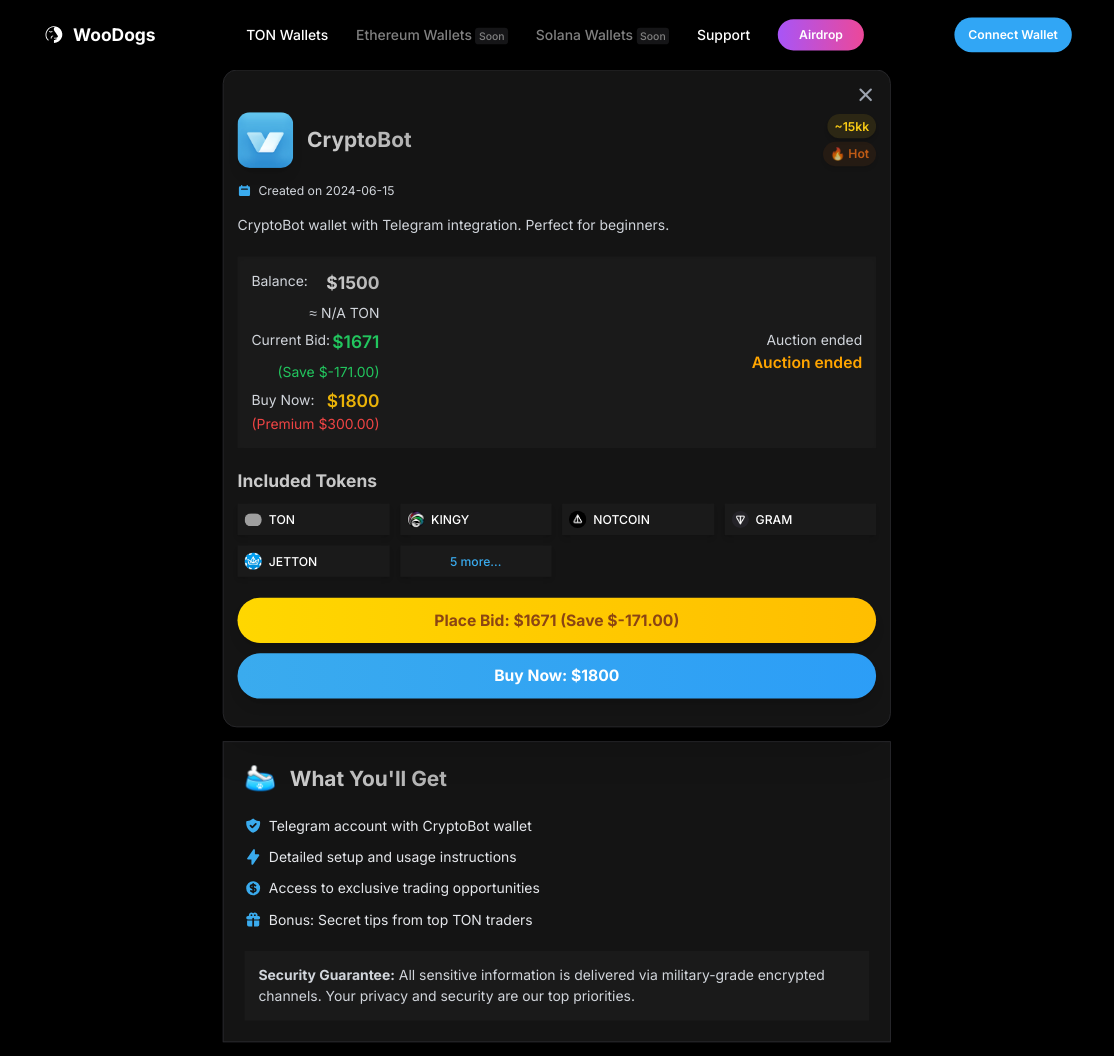
Repository: itititi/woofdogs_off
Page: /wallet/cryptobot-1
An editor plug-in stored every save of this project. The page is shown before and after the next save, followed by the edit.
The browser window is 1280 px wide. The pictures show the whole page, at 87% of full size.
Pictures or frames that could not be fetched are drawn as grey boxes. The page's requests for data from a server got no answer. The project was rebuilt for these pictures with package versions that can differ from the ones it lists, and the page was loaded fresh each time. The framework's server and built-in components were replaced by stand-ins that run in the browser. No one was signed in, and anything a server would have sent is missing. Also part of the build but not shown: next.config.mjs.

Above is the page before, as saved 2024-10-25 22:50:13.

After the next save:
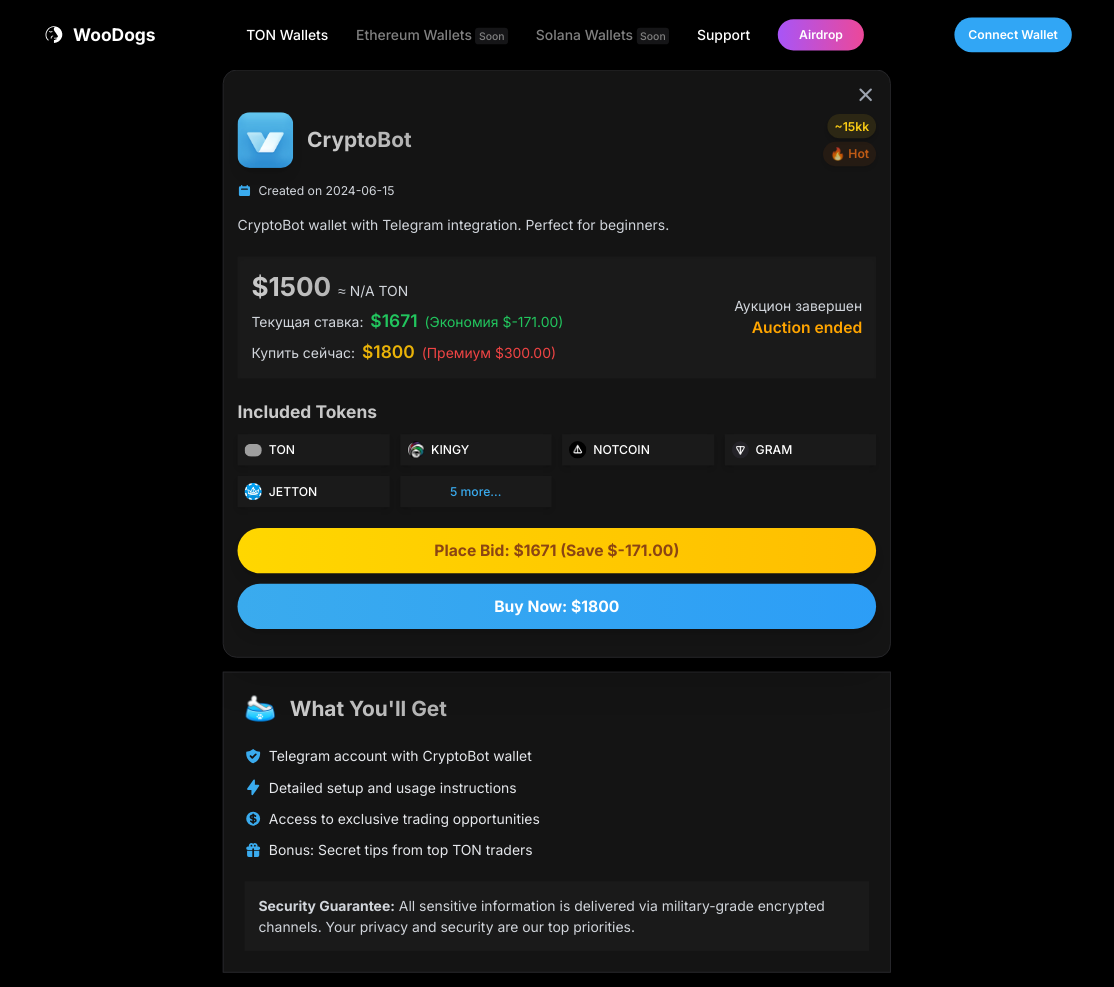
Saved 43 s later.
--- a/src/app/wallet/[id]/page.tsx
+++ b/src/app/wallet/[id]/page.tsx
@@ -183,36 +183,35 @@
             <p className="text-gray-300 text-base mb-6 leading-relaxed">{wallet.description}</p>
 
             <div className="flex flex-col sm:flex-row sm:justify-between sm:items-center mb-6 bg-[#1A1A1A] p-4 rounded-lg shadow-inner">
-              <div className="mb-2 sm:mb-0 flex flex-col">
-                <div className="mb-2 flex justify-between">
-                  <span className="text-sm sm:text-base text-gray-300">Balance:</span>
-                  <span className="text-lg sm:text-xl font-bold titanium-gradient">${wallet.priceUSD}</span>
-                </div>
-                <div className="mb-2 text-sm sm:text-base text-gray-300 text-right">
-                  ≈ {tonAmount} TON
-                </div>
-                <div className="mb-2 flex justify-between">
-                  <span className="text-sm sm:text-base text-gray-300">Current Bid:</span>
-                  <span className="text-lg sm:text-xl font-semibold text-green-500">${bidPrice ?? 'N/A'}</span>
-                </div>
-                {bidPrice !== null && (
-                  <div className="mb-2 text-sm sm:text-base text-green-500 text-right">
-                    (Save ${(wallet.priceUSD - bidPrice).toFixed(2)})
-                  </div>
-                )}
-                <div className="flex justify-between">
-                  <span className="text-sm sm:text-base text-gray-300">Buy Now:</span>
-                  <span className="text-lg sm:text-xl font-semibold text-yellow-500">${blitzPrice ?? 'N/A'}</span>
-                </div>
-                {blitzPrice !== null && (
-                  <div className="text-sm sm:text-base text-red-500 text-right">
-                    (Premium ${(blitzPrice - wallet.priceUSD).toFixed(2)})
-                  </div>
-                )}
-              </div>
-              <div className="flex flex-col items-start sm:items-end justify-center">
+              <div className="mb-2 sm:mb-0">
+                <div className="mb-2">
+                  <span className="text-2xl sm:text-3xl font-bold titanium-gradient">${wallet.priceUSD}</span>
+                  <span className="text-sm sm:text-base text-gray-300 ml-2">
+                    ≈ {tonAmount} TON
+                  </span>
+                </div>
+                <div className="mb-2">
+                  <span className="text-sm sm:text-base text-gray-300">Текущая ставка:</span>
+                  <span className="text-lg sm:text-xl font-semibold text-green-500 ml-2">${bidPrice ?? 'N/A'}</span>
+                  {bidPrice !== null && (
+                    <span className="text-sm sm:text-base text-green-500 ml-2">
+                      (Экономия ${(wallet.priceUSD - bidPrice).toFixed(2)})
+                    </span>
+                  )}
+                </div>
+                <div>
+                  <span className="text-sm sm:text-base text-gray-300">Купить сейчас:</span>
+                  <span className="text-lg sm:text-xl font-semibold text-yellow-500 ml-2">${blitzPrice ?? 'N/A'}</span>
+                  {blitzPrice !== null && (
+                    <span className="text-sm sm:text-base text-red-500 ml-2">
+                      (Премиум ${(blitzPrice - wallet.priceUSD).toFixed(2)})
+                    </span>
+                  )}
+                </div>
+              </div>
+              <div className="flex flex-col items-start sm:items-end">
                 <span className="text-gray-300 text-sm sm:text-base">
-                  {isAuctionEnded ? 'Auction ended' : 'Auction ends in:'}
+                  {isAuctionEnded ? 'Аукцион завершен' : 'Аукцион завершится через:'}
                 </span>
                 <span className="font-semibold text-base sm:text-lg text-[#FFA500]">
                   {timeLeft}
